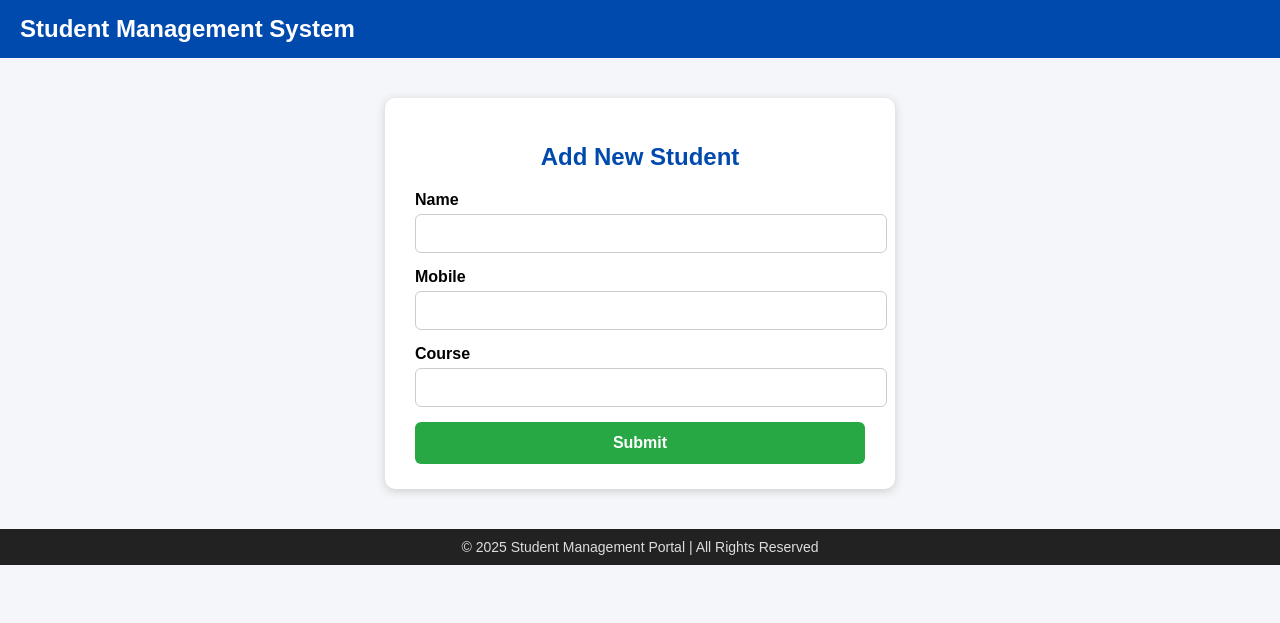
Repository: vinayhp22/sept25advanceJava
Page: http://localhost/SMS/views/student-form.jsp
These files come from the project's save history. The page is drawn as it stood at one moment and after the next save; the edit follows.
The browser window is 1280 px wide. The pictures show the whole page.
The page is served by Tomcat 9. Nobody is signed in. The application's start-up code is not run. Other server files are loaded and not shown. The template is opened directly, without the code that normally fills it, so the values that code supplies are empty.

Above is the page before, as saved 2025-11-18 09:40:24.

### spring/SMS/src/main/webapp/views/student-form.jsp
<%@ taglib uri="http://java.sun.com/jsp/jstl/core" prefix="c" %>
<%@ page language="java" contentType="text/html; charset=UTF-8"
    pageEncoding="UTF-8"%>
<!DOCTYPE html>
<html>
<head>
<meta charset="UTF-8">
<title>Student Form</title>

<style>
    body {
        font-family: Arial, sans-serif;
        background: #f4f6f9;
        margin: 0;
        padding: 0;
    }

    /* Header */
    .header {
        background: #004aad;
        color: white;
        padding: 15px 20px;
        font-size: 24px;
        font-weight: bold;
    }

    /* Footer */
    .footer {
        background: #222;
        color: #ddd;
        padding: 10px;
        text-align: center;
        margin-top: 40px;
        font-size: 14px;
    }

    /* Centered form container */
    .form-container {
        width: 450px;
        margin: 40px auto;
        background: white;
        padding: 25px 30px;
        border-radius: 10px;
        box-shadow: 0px 2px 10px #ccc;
    }

    .form-container h2 {
        text-align: center;
        color: #004aad;
        margin-bottom: 20px;
    }

    .form-group {
        margin-bottom: 15px;
    }

    .form-group label {
        font-weight: bold;
        display: block;
        margin-bottom: 5px;
    }

    .form-group input {
        width: 100%;
        padding: 10px;
        border: 1px solid #ccc;
        border-radius: 6px;
        font-size: 15px;
    }

    .btn-submit {
        width: 100%;
        background: #28a745;
        color: white;
        padding: 12px 0;
        font-size: 16px;
        border: none;
        border-radius: 6px;
        cursor: pointer;
        font-weight: bold;
    }
    .btn-submit:hover {
        background: #218838;
    }

</style>

</head>
<body>

    <!-- Header -->
    <div class="header">
        Student Management System
    </div>

    <!-- Form Card -->
    <div class="form-container">
        <h2>
            <c:if test="${student.id == null}">
                Add New Student
            </c:if>
            <c:if test="${student.id != null}">
                Update Student
            </c:if>
        </h2>

        <form action="saveStudent" method="post">

            <input type="hidden" name="id" value="${student.id}">

            <div class="form-group">
                <label>Name</label>
                <input type="text" name="name" value="${student.name}" required>
            </div>

            <div class="form-group">
                <label>Mobile</label>
                <input type="number" name="mobile" value="${student.mobile}" required>
            </div>

            <div class="form-group">
                <label>Course</label>
                <input type="text" name="course" value="${student.course}" required>
            </div>

            <button class="btn-submit" type="submit">Submit</button>
        </form>
    </div>

    <!-- Footer -->
    <div class="footer">
        © 2025 Student Management Portal | All Rights Reserved
    </div>

</body>
</html>

After the next save:
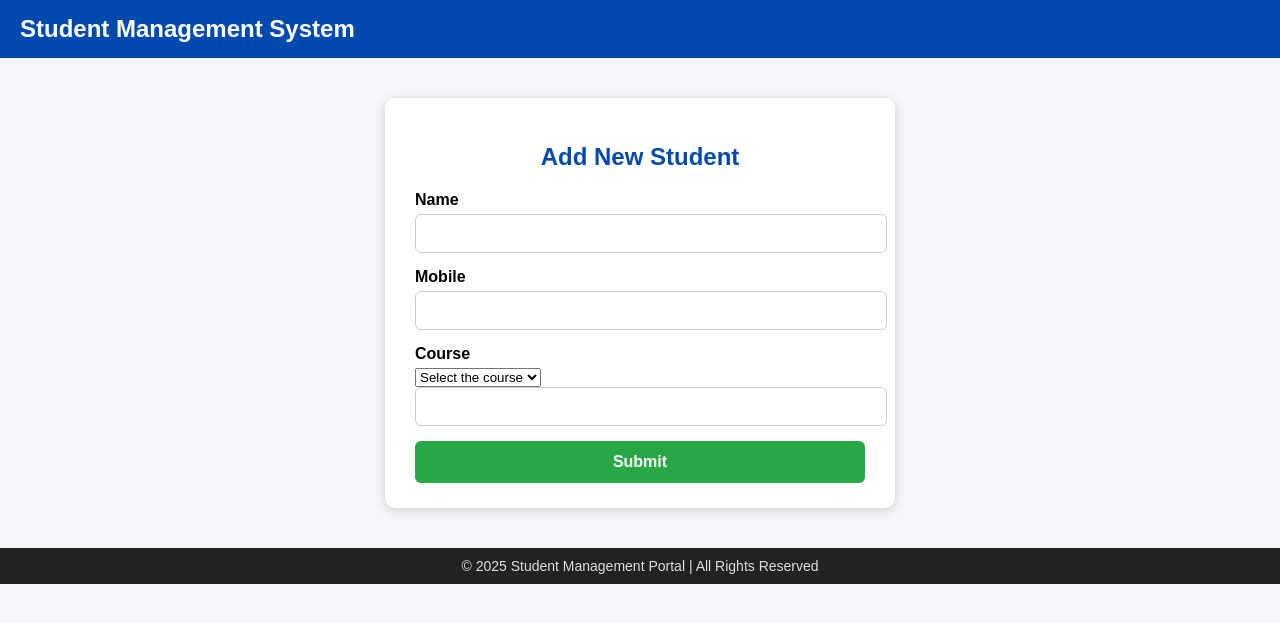
Saved 5 min 30 s later.
--- a/spring/SMS/src/main/webapp/views/student-form.jsp
+++ b/spring/SMS/src/main/webapp/views/student-form.jsp
@@ -120,6 +120,14 @@
 
             <div class="form-group">
                 <label>Course</label>
+                <select class="course">
+                	<option value="">Select the course</option>
+                	<option value="">Java Full Stack</option>
+                	<option value="">Python Full Stack</option>
+                	<option value="">Data Analytics</option>
+                	<option value="">Data Science</option>
+                	<option value="">AI ML</option>
+                </select>
                 <input type="text" name="course" value="${student.course}" required>
             </div>
 
